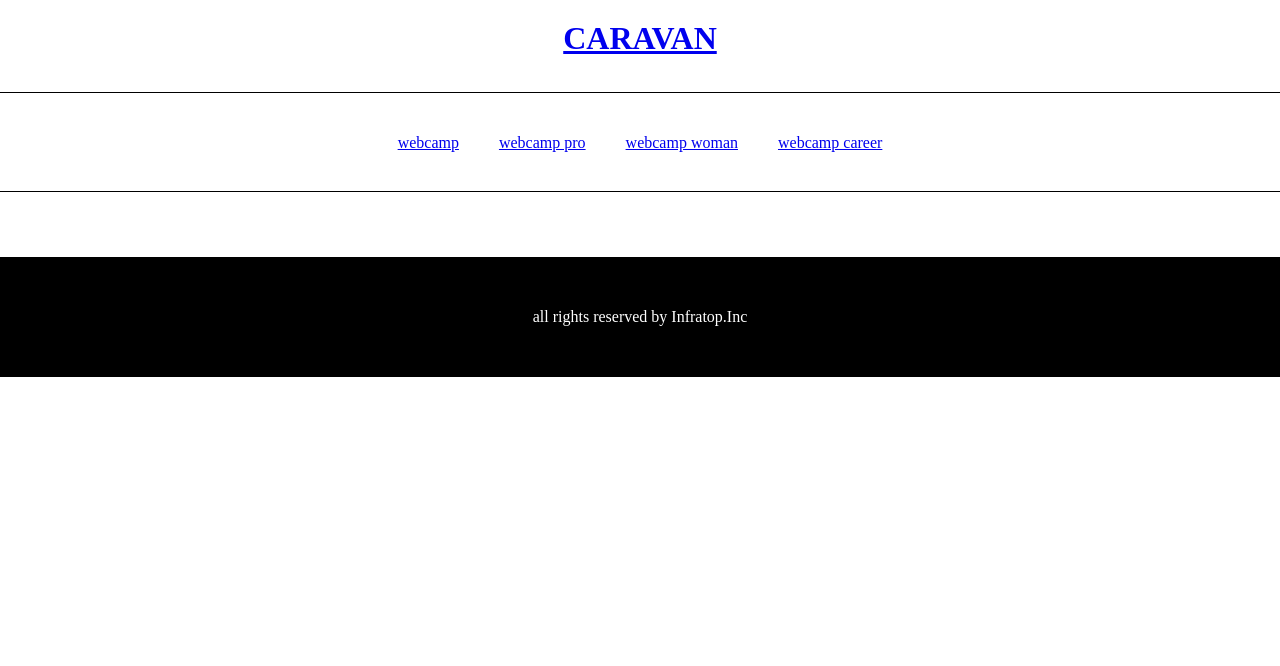
Repository: yukito7878/HTML-CSS-practice
Page: caravan/index5.html
The author's editor kept a record of every edit. The page is drawn from the files as they stood at one moment, then again after the next edit.
The browser window is 1280 px wide. The pictures show the whole page.

Above is the page before.

After the next edit:
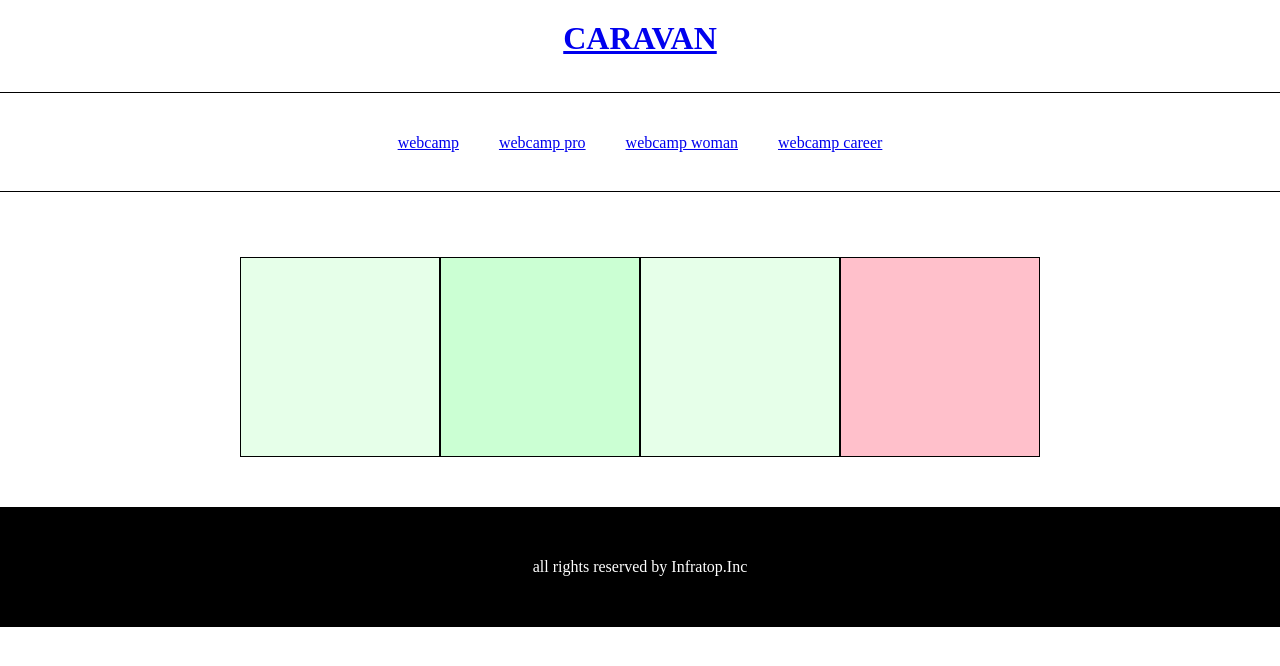
The edit:
--- a/caravan/index5.html
+++ b/caravan/index5.html
@@ -24,7 +24,7 @@
     <div class="main-visual"></div>
 
     <div class="main">
-      <div class="row0">
+      <div class="row">
         <div class="row0column0"></div>
         <div class="row0column1"></div>
         <div class="row0column2"></div>
